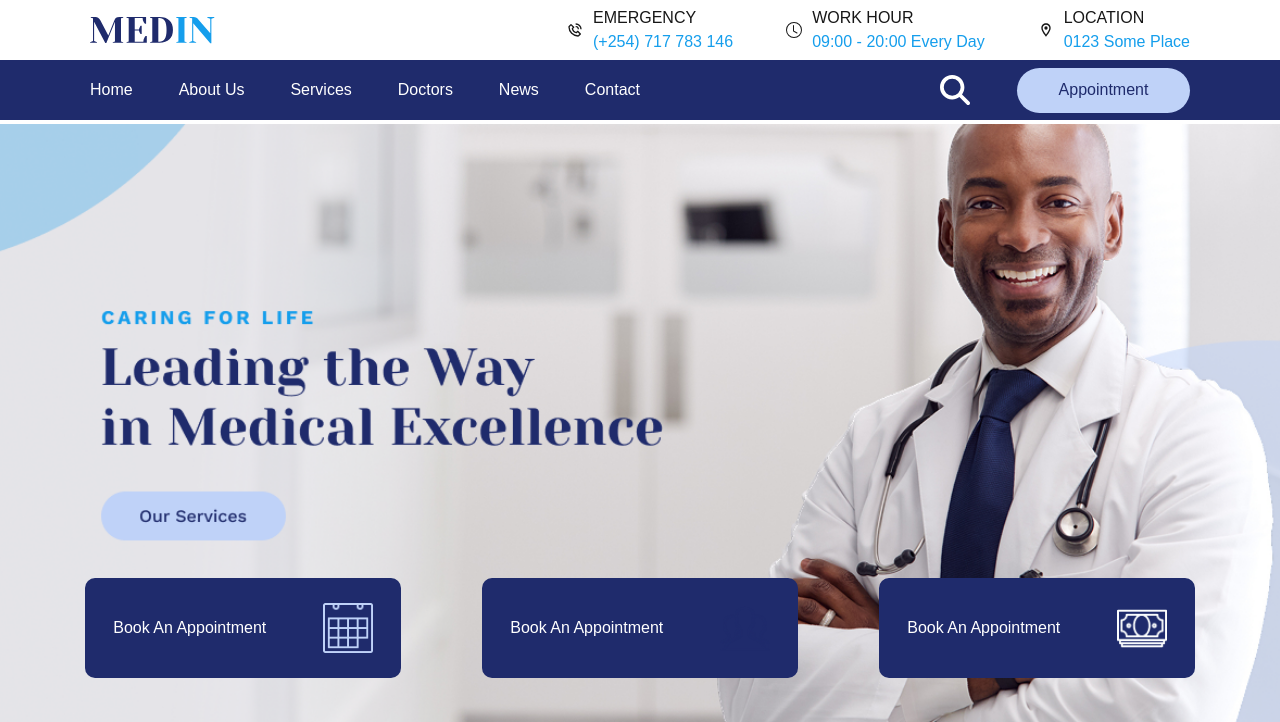
Repository: SynHK3/Poc_Hospital
Page: /home (app in fe_hospital/)
The author's editor kept a copy of each file at every save. The page is drawn from the files as they stood at one save, then again after a run of saves.
The browser window is 1280 px wide. The pictures show the whole page.
The project was rebuilt for these pictures with package versions that can differ from the ones it lists, and the page was loaded fresh each time. The framework's server and built-in components were replaced by stand-ins that run in the browser. Also part of the build but not shown: fe_hospital/next.config.ts.

Above is the page before, as saved 2025-09-02 14:42:18.

### fe_hospital/src/app/home/page.tsx
import Header from "@/components/header/header";
import Image from "next/image";
import IntroDuce from "./images/home_introduce.png";
import Calendar from "./images/home__calendar.png";
import Teams from "./images/home_teams.png";
import Cash from "./images/home_cash.png";

import "./home.css";

export default function Home() {
  return (
    <div>
      <Header></Header>
      <div className="relative w-full h-[83vh] mt-1 ">
        <Image src={IntroDuce} alt="Logo" fill className="object-cover" />
        <div className="container__content--home">
          <div className="layout--content--home">
            <div className="content__btn--future--item">
              <h1>Book An Appointment</h1>

              <Image src={Calendar} width={50} height={50} alt=""></Image>
            </div>

            <div className="content__btn--future--item content__btn--future--item--teams">
              <h1>Book An Appointment</h1>

              <Image src={Teams} width={50} height={50} alt=""></Image>
            </div>

            <div className="content__btn--future--item content__btn--future--item--cash">
              <h1>Book An Appointment</h1>

              <Image src={Cash} width={50} height={50} alt=""></Image>
            </div>
          </div>
        </div>
      </div>
    </div>
  );
}

### fe_hospital/src/components/header/header.tsx
import Logo from "../../images/Logo.svg";
import Image from "next/image";
import { BiPhoneCall } from "react-icons/bi";
import { FaMagnifyingGlass } from "react-icons/fa6";
import { BsClock } from "react-icons/bs";
import { MdOutlineLocationOn } from "react-icons/md";
import "./header.css";

export default function Header() {
  return (
    <div className="container__header">
      <div className="header__layout">
        <div className="header__headline">
          <Image src={Logo} width={125} height={42} alt=""></Image>

          <div className="header__headline--info">
            <div className="header__headline--info--item">
              <BiPhoneCall className="icon__info--item"></BiPhoneCall>

              <div className="header__headline--info--desc">
                <h3>EMERGENCY</h3>
                <h5>(+254) 717 783 146</h5>
              </div>
            </div>

            <div className="header__headline--info--item">
              <BsClock className="icon__info--item"></BsClock>

              <div className="header__headline--info--desc">
                <h3>WORK HOUR</h3>
                <h5>09:00 - 20:00 Every Day</h5>
              </div>
            </div>

            <div className="header__headline--info--item">
              <MdOutlineLocationOn className="icon__info--item"></MdOutlineLocationOn>

              <div className="header__headline--info--desc">
                <h3>LOCATION</h3>
                <h5>0123 Some Place</h5>
              </div>
            </div>
          </div>
        </div>

        <div className="header__nav">
          <div className="layout__header--nav">
            <ul className="header__list--nav">
              <li>Home</li>
              <li>About Us</li>
              <li>Services</li>
              <li>Doctors</li>
              <li>News</li>
              <li>Contact</li>
            </ul>

            <div className="header__nav--appoinment">
              <FaMagnifyingGlass fontSize={30}></FaMagnifyingGlass>

              <button className="header__btn--appointment">Appointment</button>
            </div>
          </div>
        </div>
      </div>
    </div>
  );
}

### fe_hospital/src/app/home/home.css
.container__content--home {
  position: absolute;
  display: flex;
  width: 100%;
  height: 77vh;
  align-items: flex-end;
  justify-content: center;
}

.layout--content--home {
  width: 1110px;
  display: flex;
  justify-content: space-between;
}

.content__btn--future--item {
  display: flex;
  justify-content: space-around;
  align-items: center;
  color: white;
  width: 316px;
  height: 100px;
  background-color: #1f2b6c;
  border-radius: 10px;
}

.content__btn--future--item--teams{
    background-color: ;
}

### fe_hospital/src/components/header/header.css
.container__header {
  width: 100%;
  height: 120px;
}

.header__layout {
  display: flex;
  flex-direction: column;
  align-items: center;
  width: 100%;
}

.header__headline {
  display: flex;
  justify-content: space-between;
  width: 1100px;
  height: 60px;
}

.header__headline--info {
  width: 623px;
  display: flex;
  justify-content: space-between;
}

.header__headline--info--desc > h5 {
  color: #159eec;
}

.header__headline--info--item {
  height: 60px;
  display: flex;
  align-items: center;
}

.icon__info--item {
  font-size: 30;
  margin-right: 10px;
}

/* Header Nav */

.header__nav {
  display: flex;
  align-items: center;
  justify-content: center;
  width: 100%;
  height: 60px;
  background-color: #1f2b6c;
  color: white;
}

.layout__header--nav {
  display: flex;
  justify-content: space-between;
  align-items: center;
  width: 1100px;
  height: 60px;
}

.header__list--nav {
  width: 550px;
  display: flex;
  justify-content: space-between;
}

.header__nav--appoinment {
  width: 250px;
  height: 45px;
  display: flex;
  justify-content: space-between;
  align-items: center;
}

.header__btn--appointment {
  color: #1f2b6c;
  width: 173px;
  height: 45px;
  background-color: #bfd2f8;
  border-radius: 30px;
}

Loaded but not shown: fe_hospital/src/app/layout.tsx (common file); fe_hospital/src/app/globals.css (common file)

After the next 2 saves:
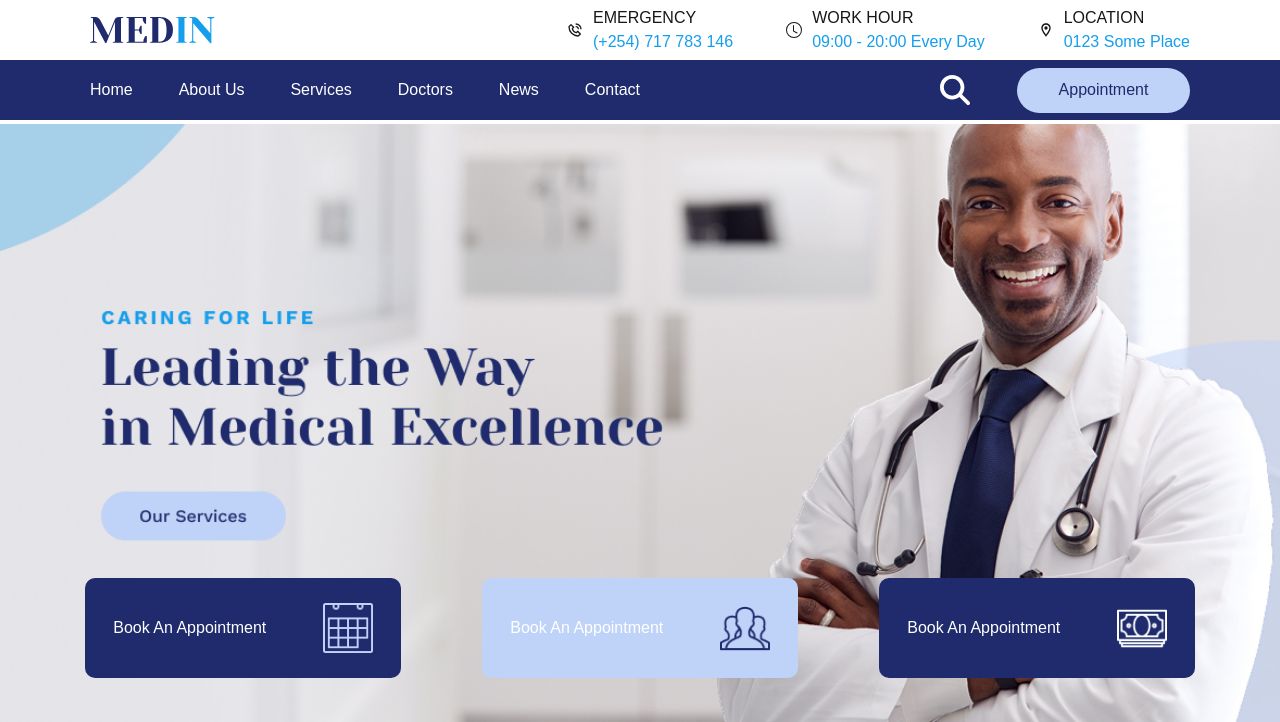
The 2 saves are shown as one change because they came seconds apart.
The last was saved 11 s later.
--- a/fe_hospital/src/app/home/home.css
+++ b/fe_hospital/src/app/home/home.css
@@ -24,6 +24,6 @@
   border-radius: 10px;
 }
 
-.content__btn--future--item--teams{
-    background-color: ;
+.content__btn--future--item--teams {
+  background-color: #bfd2f8;
 }
